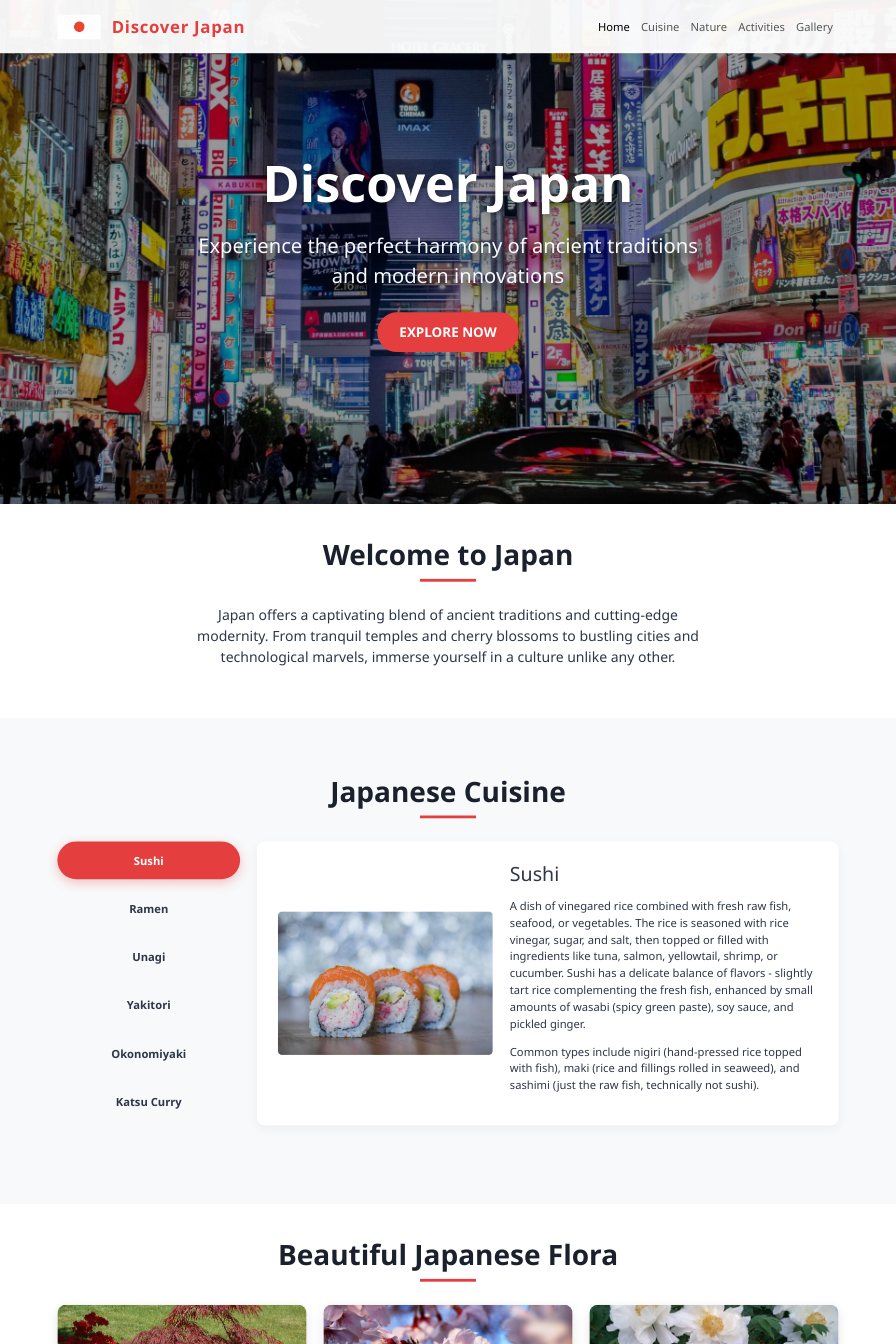
Repository: urielaracena/softwareDev
Page: project1/project1.html
An editor plug-in stored every save of this project. The page is shown before and after the next save, followed by the edit.
The browser window is 1280 px wide. The pictures show the part of the page from y = 0 to 1920 px (the page is 5087 px tall), at 70% of full size.
Backgrounds fixed to the window are drawn as part of the page.

Above is the page before, as saved 2025-04-18 13:32:37.

After the next save:
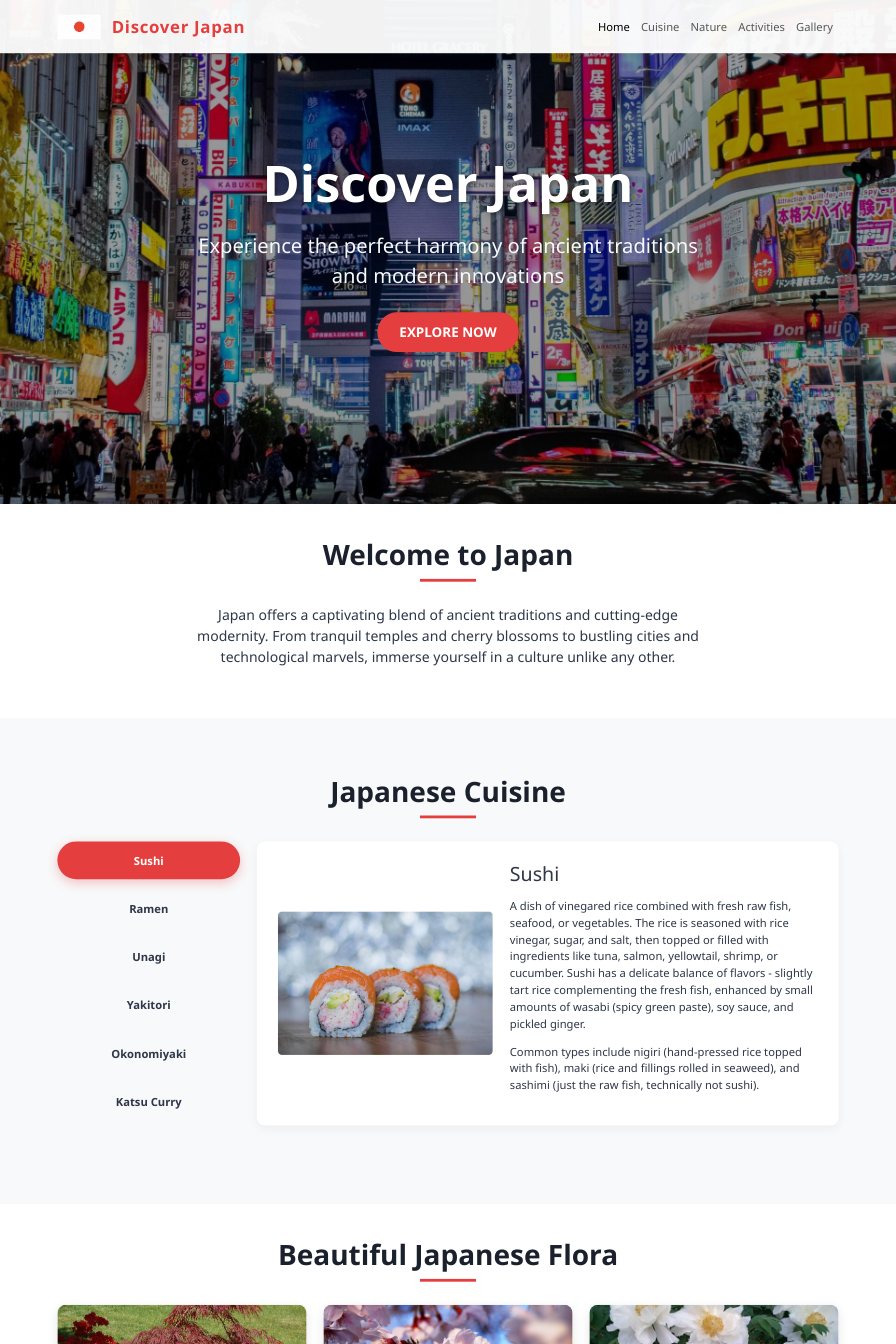
Saved 22 s later.
--- a/project1/project1style.css
+++ b/project1/project1style.css
@@ -65,7 +65,7 @@
     font-size: 1.8rem;
     font-weight: 300;
     margin-bottom: 2rem;
-    text-shadow: 10px 10px 10px rgba(0, 0, 0, 0.7);
+    text-shadow: 10px 10px 10px rgba(0, 0, 0, 1.);
   }
 
   .hero-btn {
